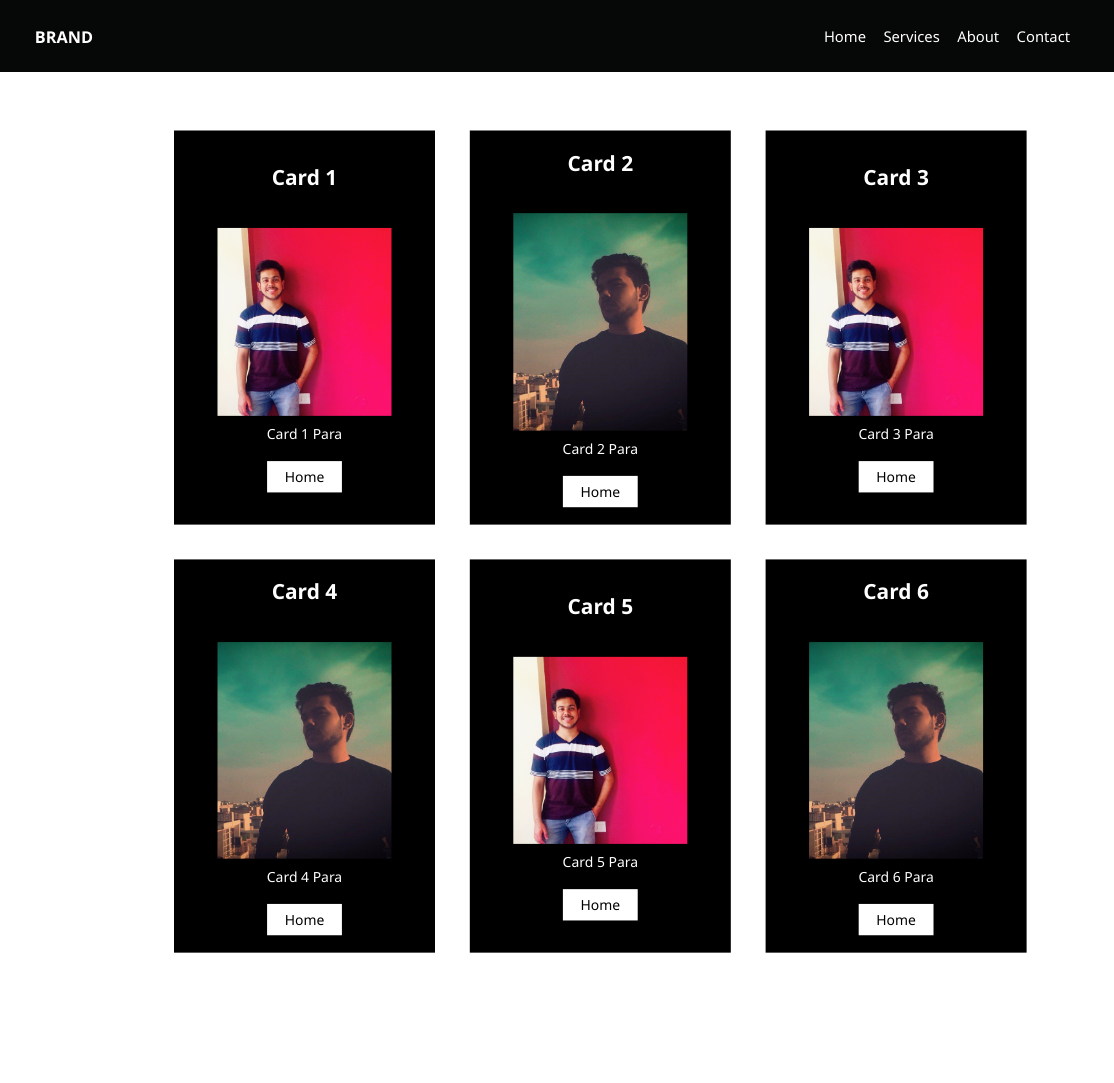
Repository: hemantsaini-7/React_Basics
Page: /services (app in webreact/)
An editor plug-in stored every save of this project. The page is shown before and after the next save, followed by the edit.
The browser window is 1280 px wide. The pictures show the whole page, at 87% of full size.
The project was rebuilt for these pictures with package versions that can differ from the ones it lists, and the page was loaded fresh each time. Also part of the build but not shown: webreact/src/components/Common.js, webreact/src/components/Home.js, webreact/src/components/About.js, webreact/src/components/Contact.js.

Above is the page before, as saved 2020-11-03 20:04:45.

### webreact/src/App.js
import React,{Fragment} from 'react';
import {BrowserRouter as Router, Redirect} from 'react-router-dom';
import {Switch, Route} from 'react-router-dom';
import Nav from './components/Nav'
import Home from './components/Home'
import Services from './components/Services'
import About from './components/About'
import Contact from './components/Contact'
import './App.css';
function App() {
  return (
    <Fragment>
      <Router>
      <Nav />
       <Switch>
          <Route exact path="/" component={Home} />
          <Route exact path="/services" component={Services} />
          <Route exact path="/about" component={About} />
          <Route exact path="/contact" component={Contact} />
          <Redirect exact path="/" />
        </Switch>
      </Router>
    </Fragment>
  );
}

export default App;

### webreact/src/components/Nav.js
import React from 'react'
import { Link } from 'react-router-dom'

function Nav() {
    return (
        <nav>
            <a href="/"><h3>BRAND</h3></a>
            <ul className="links">
                <Link to="/"className="link-item"><li>Home</li></Link>
                <Link to="/services"className="link-item"><li>Services</li></Link>
                <Link to="/about"className="link-item"><li>About</li></Link>
                <Link to="/contact"className="link-item"><li>Contact</li></Link>
            </ul>
        </nav>
    )
}
export default Nav

### webreact/src/components/Services.js
import React from 'react'
import {Card} from './Card'

console.log(Card);

function Services() {
    return (
        <div className="s-container">
            {Card.map((c,index) => (
                <div className="card" key={index}>
                <h2>{c.name}</h2>
                {console.log(c.name)};
                <img src={c.img} alt=""/>
                <p>{c.para}</p>
                <a href="/">Home</a>
                </div>
            ))}
      </div>
    )
}

export default Services

### webreact/src/App.css
* {
  box-sizing: border-box;
  margin: 0;
  font-family: "Segoe UI", Tahoma, Geneva, Verdana, sans-serif;
}
nav {
  background-color: rgb(6, 7, 7);
  display: flex;
  justify-content: space-between;
  align-items: center;
  padding: 20px 40px;
  position: fixed;
  top: 0;
  width: 100%;
}
a {
  text-decoration: none;
}
nav h3 {
  color: #fff;
}
.links {
  display: flex;
  list-style: none;
}
.link-item {
  margin: 10px;
  font-size: 17px;
  font-weight: 500;
  color: #fff;
}
.container {
  background-color: #ccc;
  display: grid;
  grid-template-columns: repeat(2, 1fr);
  margin: auto;
  padding: 40px;
  height: 100vh;
}
.left,
.right {
  display: flex;
  flex-direction: column;
  align-items: center;
  justify-content: center;
}
.right img {
  height: 300px;
  width: 300px;
}
.s-container {
  display: grid;
  grid-template-columns: repeat(3, 1fr);
  grid-gap: 40px;
  margin: 150px 200px;
}
.card {
  background-color: #000;
  display: flex;
  flex-direction: column;
  align-items: center;
  justify-content: center;
  padding: 20px 50px;
}
.card img {
  width: 200px;
}
.card h2 {
  color: #fff;
  margin-bottom: 20px;
}
.card p {
  color: #fff;
  text-align: center;
  margin-top: 10px;
}
.card a {
  color: #000;
  background-color: #fff;
  margin-top: 20px;
  padding: 7px 20px;
}
.form-div {
  margin-top: 100px;
}

### webreact/src/components/Card.js
import img1 from '../images/1.jpg'
import img2 from '../images/2.jpeg'
import img3 from '../images/3.jpg'
import img4 from '../images/4.jpeg'
import img5 from '../images/5.jpg'
import img6 from '../images/6.jpeg'

export const Card = [
    {
        id:1,
        name:'Card 1',
        img:img1,
        para:"Card 1 Para"
    },
    {
        id:2,
        name:'Card 2',
        img:img2,
        para:"Card 2 Para"
    },
    {
        id:3,
        name:'Card 3',
        img:img3,
        para:"Card 3 Para"
    },
    {
        id:4,
        name:'Card 4',
        img:img4,
        para:"Card 4 Para"
    },
    {
        id:5,
        name:'Card 5',
        img:img5,
        para:"Card 5 Para"
    },
    {
        id:6,
        name:'Card 6',
        img:img6,
        para:"Card 6 Para"
    },
];

Loaded but not shown: webreact/public/index.html (common file); webreact/src/index.js (common file)

After the next save:
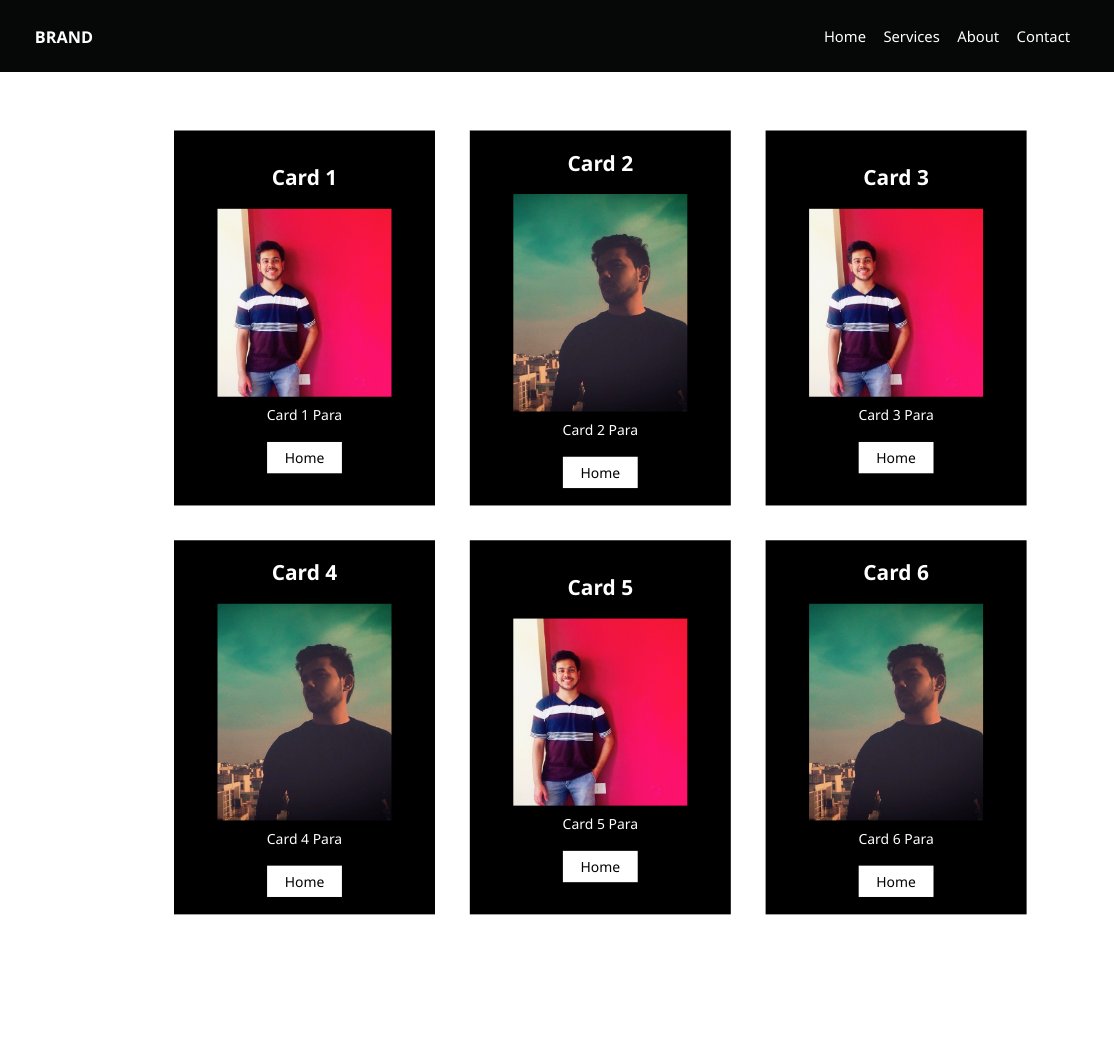
Saved 52 s later.
--- a/webreact/src/components/Services.js
+++ b/webreact/src/components/Services.js
@@ -8,11 +8,10 @@ function Services() {
         <div className="s-container">
             {Card.map((c,index) => (
                 <div className="card" key={index}>
-                <h2>{c.name}</h2>
-                {console.log(c.name)};
-                <img src={c.img} alt=""/>
-                <p>{c.para}</p>
-                <a href="/">Home</a>
+                    <h2>{c.name}</h2>
+                    <img src={c.img} alt=""/>
+                    <p>{c.para}</p>
+                    <a href="/">Home</a>
                 </div>
             ))}
       </div>
